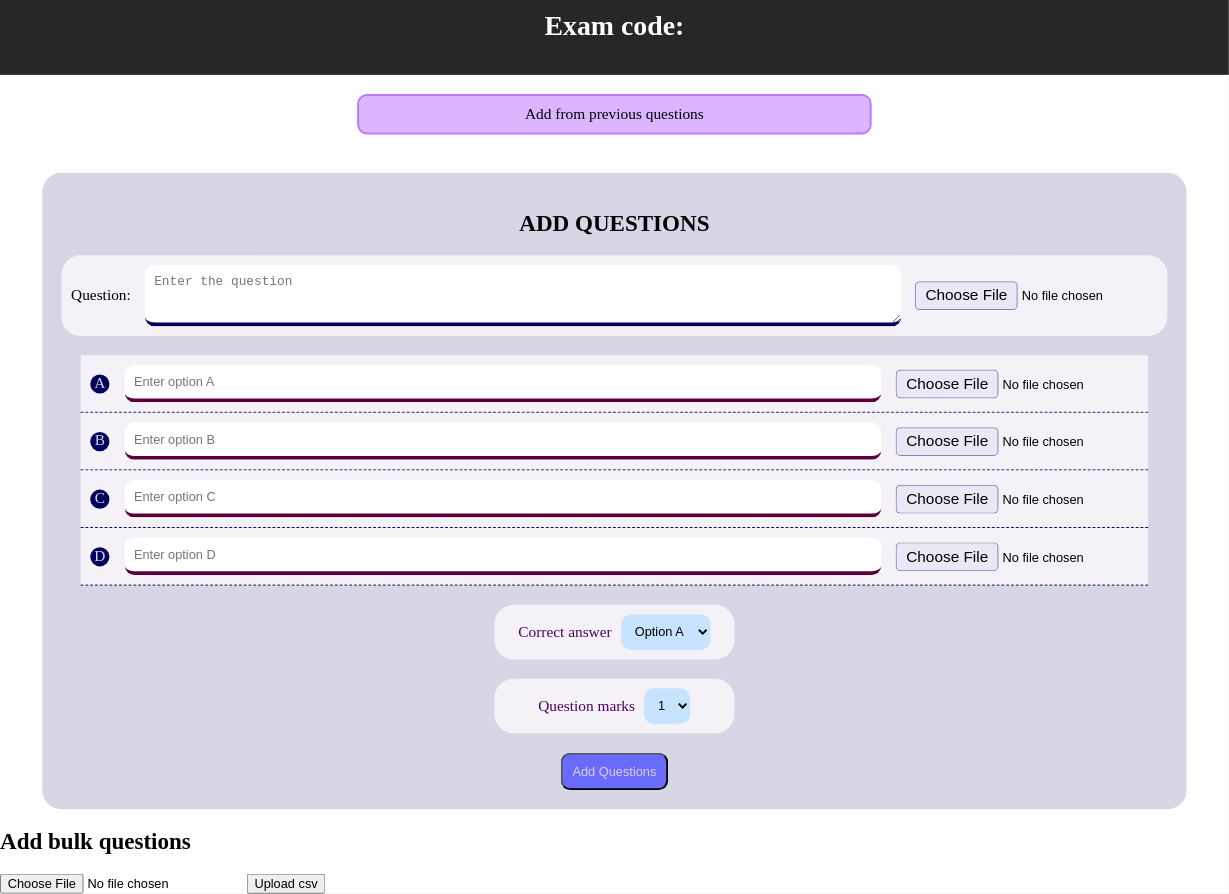
Repository: Buddhadip/ExamPortalApp_struts
Page: http://localhost/ExamWizard/WEB-INF/views/addQuestions.jsp
These files come from the project's save history. The page is drawn as it stood at one moment and after the next save; the edit follows.
The browser window is 1280 px wide. The pictures show the whole page, at 96% of full size.
The page is served by Tomcat 9. Nobody is signed in. The template is opened directly, without the code that normally fills it, so the values that code supplies are empty.

Above is the page before, as saved 2023-07-20 05:43:28.

After the next save:
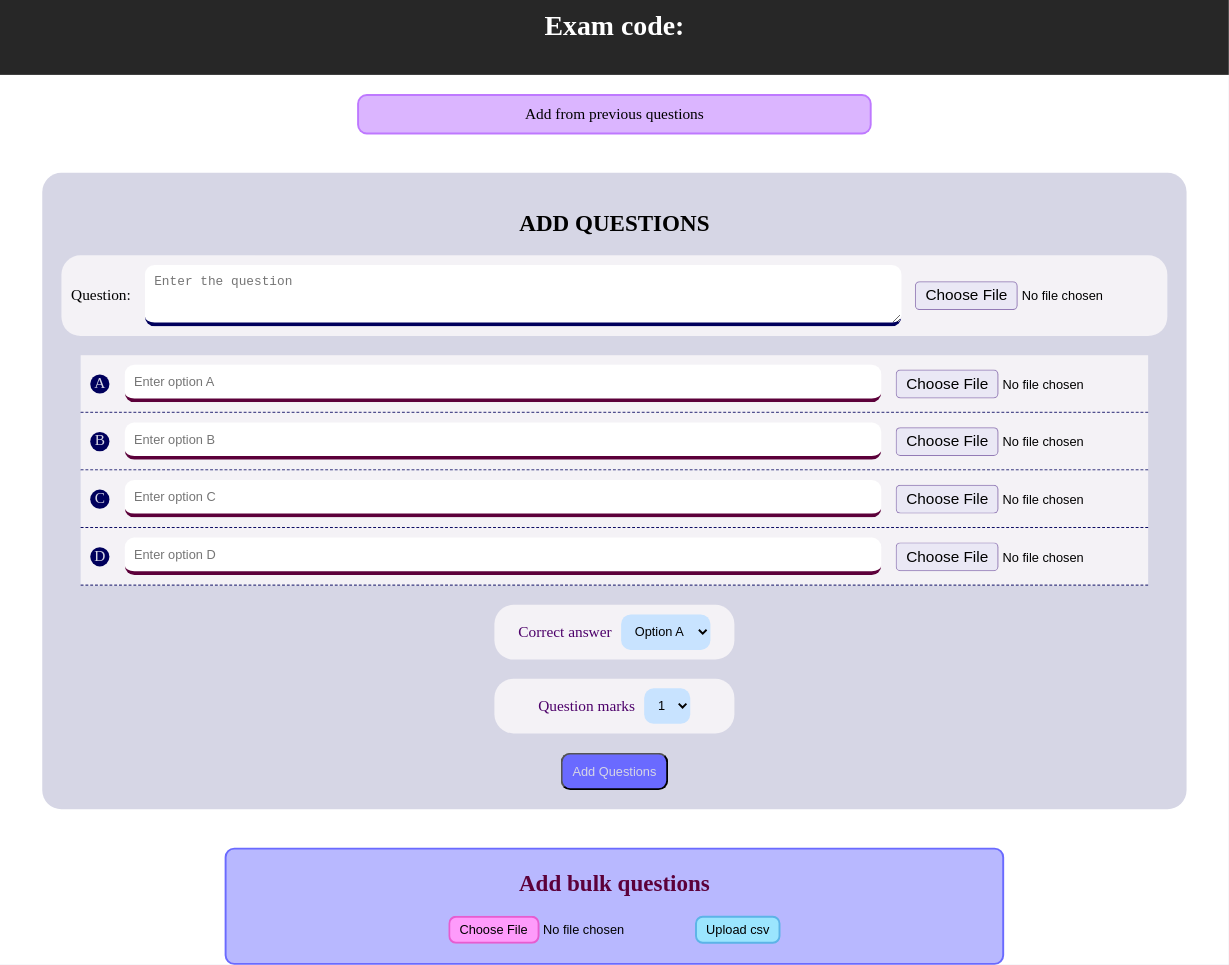
Saved 24 s later.
--- a/ExamWizard/src/main/webapp/public/styles/addQuestions.css
+++ b/ExamWizard/src/main/webapp/public/styles/addQuestions.css
@@ -218,3 +218,39 @@ body{
       text-decoration: none;
       color: inherit;
     }
+
+
+    .box2{
+      display: flex;
+      justify-content: center;
+      align-items: center;
+      width: 60%;
+      margin:auto;
+      margin-top: 40px;
+      background-color: #6a6aff79;
+      border: 2px solid #6a6aff;
+      border-radius: 10px;
+      padding:2px 20px 20px 20px;
+    }
+    .csv-uploader::file-selector-button {
+      border: 2px solid #e75cd0;
+      padding:5px 10px;
+      border-radius: 0.2em;
+      background-color: #fe9bfb;
+      transition: 1s;
+      border-radius: 8px;
+      cursor: pointer;
+    }
+    .upload-button{
+      border: 2px solid #5cb4e7;
+      padding:5px 10px;
+      border-radius: 0.2em;
+      background-color: #9be5fe;
+      transition: 1s;
+      border-radius: 8px;
+      cursor: pointer;
+    }
+    .box2 h2{
+      text-align: center;
+      color: #5c003a;
+    }
